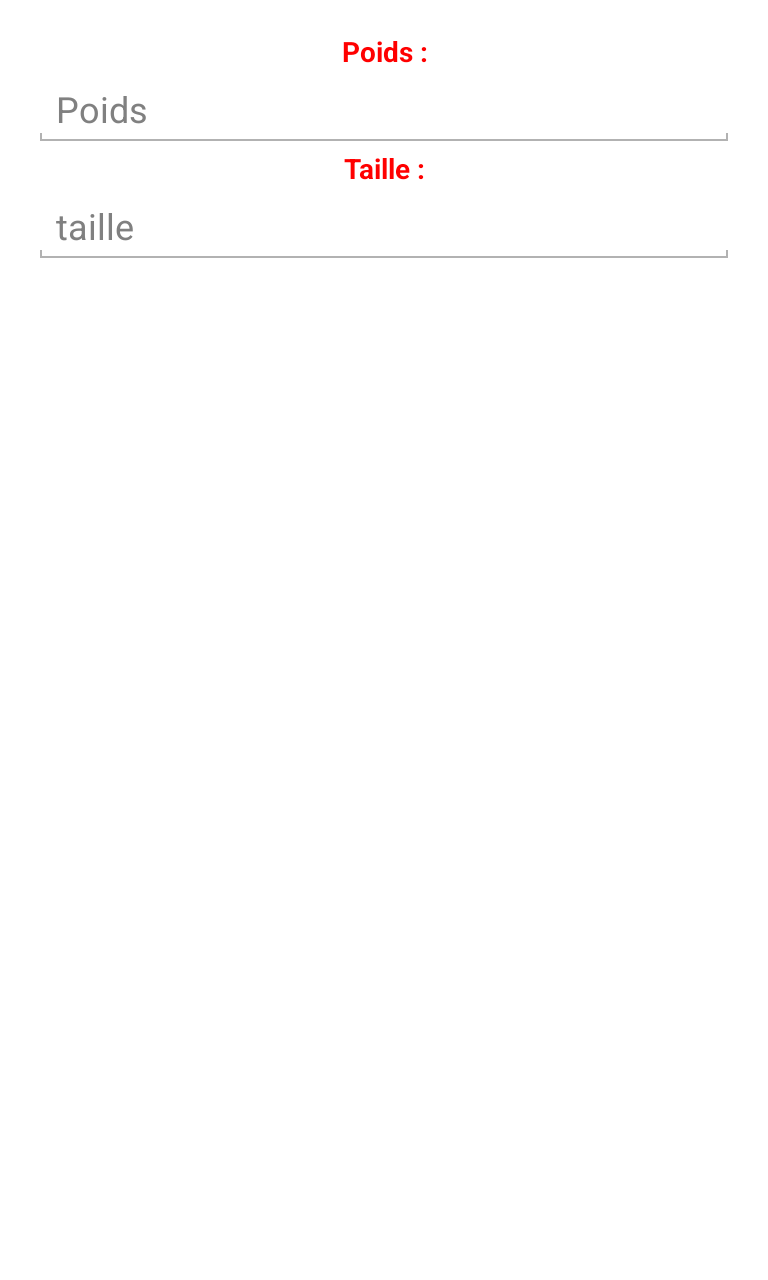
Repository: mikaelpopowicz/cours
Layout: graph/test/res/layout/activity_main.xml
The author's editor kept a copy of each file at every save. The layout is drawn from the files as they stood at one save, then again after the next save.
It is drawn on a 768 x 1280 px phone screen (xhdpi) without system bars, with theme AppTheme; the app's code is not run.

Above is the layout before, as saved 2014-02-26 22:45:15.

### graph/test/res/layout/activity_main.xml
<LinearLayout xmlns:android="http://schemas.android.com/apk/res/android"
    xmlns:tools="http://schemas.android.com/tools"
    android:layout_width="match_parent"
    android:layout_height="match_parent"
    android:paddingBottom="@dimen/activity_vertical_margin"
    android:paddingLeft="@dimen/activity_horizontal_margin"
    android:paddingRight="@dimen/activity_horizontal_margin"
    android:paddingTop="@dimen/activity_vertical_margin"
    tools:context=".MainActivity"
    android:orientation="vertical" >

    <TextView
        android:layout_width="fill_parent"
        android:layout_height="wrap_content"
        android:text="Poids :"
        android:textStyle="bold"
        android:textColor="#FF0000"
        android:gravity="center"/>

    <EditText
        android:id="@+id/poids"
        android:layout_width="fill_parent"
        android:layout_height="wrap_content"
        android:hint="Poids"
        android:inputType="text"/>

    <TextView
        android:layout_width="fill_parent"
        android:layout_height="wrap_content"
        android:text="Taille :"
        android:textStyle="bold"
        android:textColor="#FF0000"
        android:gravity="center"/>

    <EditText
        android:id="@+id/taille"
        android:layout_width="fill_parent"
        android:layout_height="wrap_content"
        android:hint="taille"
        android:inputType="text"/>

</LinearLayout>

Loaded but not shown: graph/test/res/values/styles.xml (common file); graph/test/res/values-v11/styles.xml (common file); graph/test/res/values-v14/styles.xml (common file); graph/test/res/values/dimens.xml (common file)

After the next save:
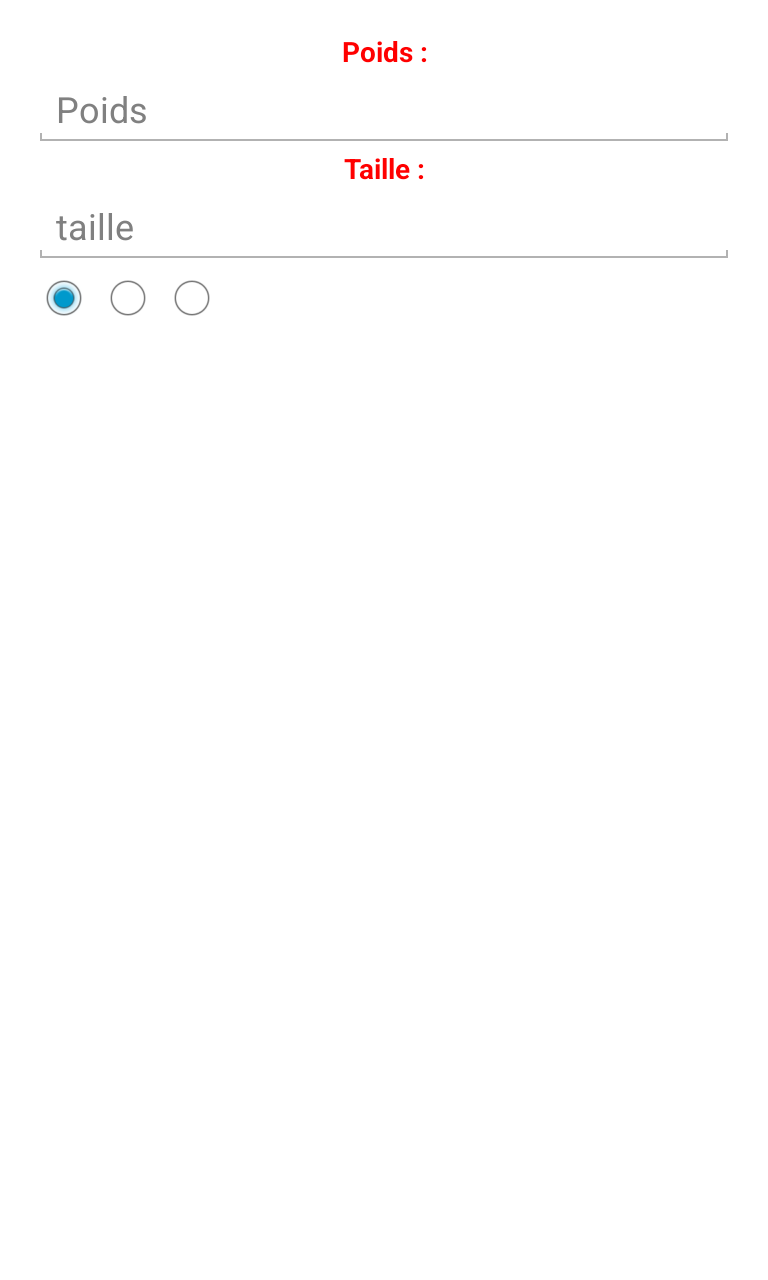
Saved 65 s later.
--- a/graph/test/res/layout/activity_main.xml
+++ b/graph/test/res/layout/activity_main.xml
@@ -39,4 +39,20 @@
         android:hint="taille"
         android:inputType="text"/>
 
+    <RadioGroup
+  		android:layout_width="wrap_content"
+  		android:layout_height="wrap_content"
+  		android:orientation="horizontal" >
+  		<RadioButton
+    		android:layout_width="wrap_content"
+    		android:layout_height="wrap_content"
+    		android:checked="true" />
+  		<RadioButton
+    		android:layout_width="wrap_content"
+    		android:layout_height="wrap_content" />
+  		<RadioButton
+    		android:layout_width="wrap_content"
+    		android:layout_height="wrap_content" />
+</RadioGroup>
+
 </LinearLayout>
